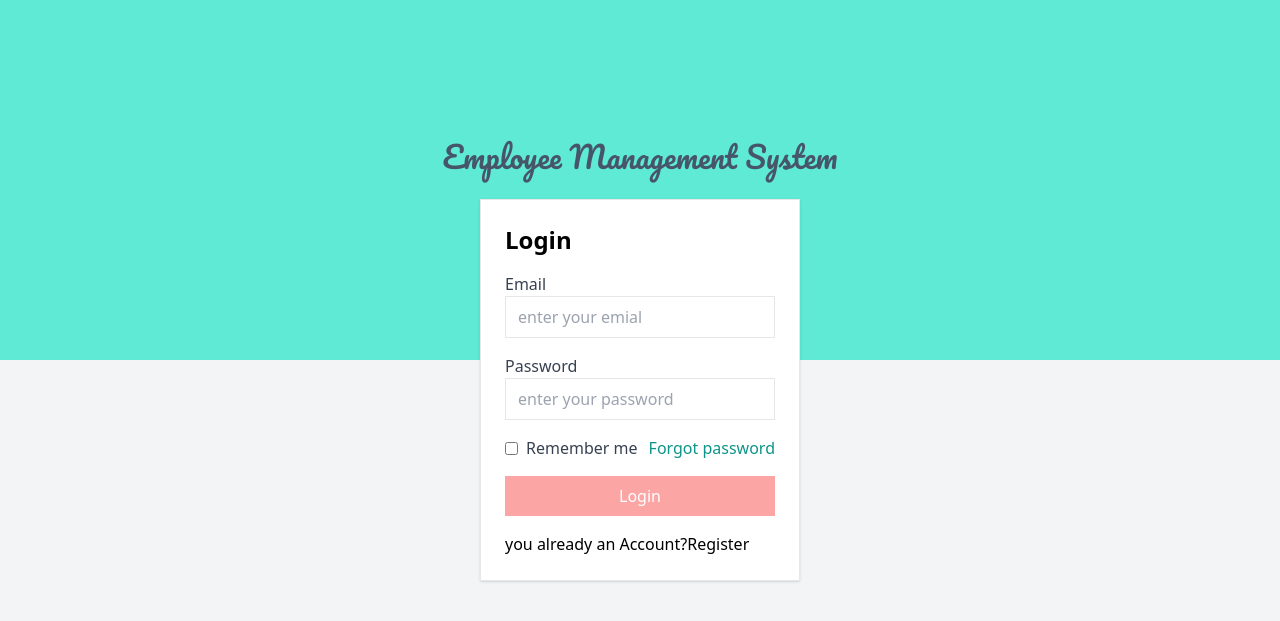
Repository: mohanmania/employeesystem
Page: / (app in fullstack/)
An editor plug-in stored every save of this project. The page is shown before and after the next save, followed by the edit.
The browser window is 1280 px wide. The pictures show the whole page.
Some web fonts or font styles are not loaded; a fallback is used. The project was rebuilt for these pictures with package versions that can differ from the ones it lists, and the page was loaded fresh each time. Also part of the build but not shown: fullstack/vite.config.js, fullstack/src/components/dashboard/AdminSidebar.jsx, fullstack/src/components/dashboard/Navbar.jsx, fullstack/src/components/dashboard/SummaryCard.jsx, fullstack/src/components/dashboard/AdminSummary.jsx, fullstack/src/pages/AdminDashboard.jsx, fullstack/src/pages/EmployeeDashboard.jsx, fullstack/src/utils/RoleBaseRoutes.jsx and 8 more.

Above is the page before, as saved 2025-02-25 23:19:23.

After the next save:
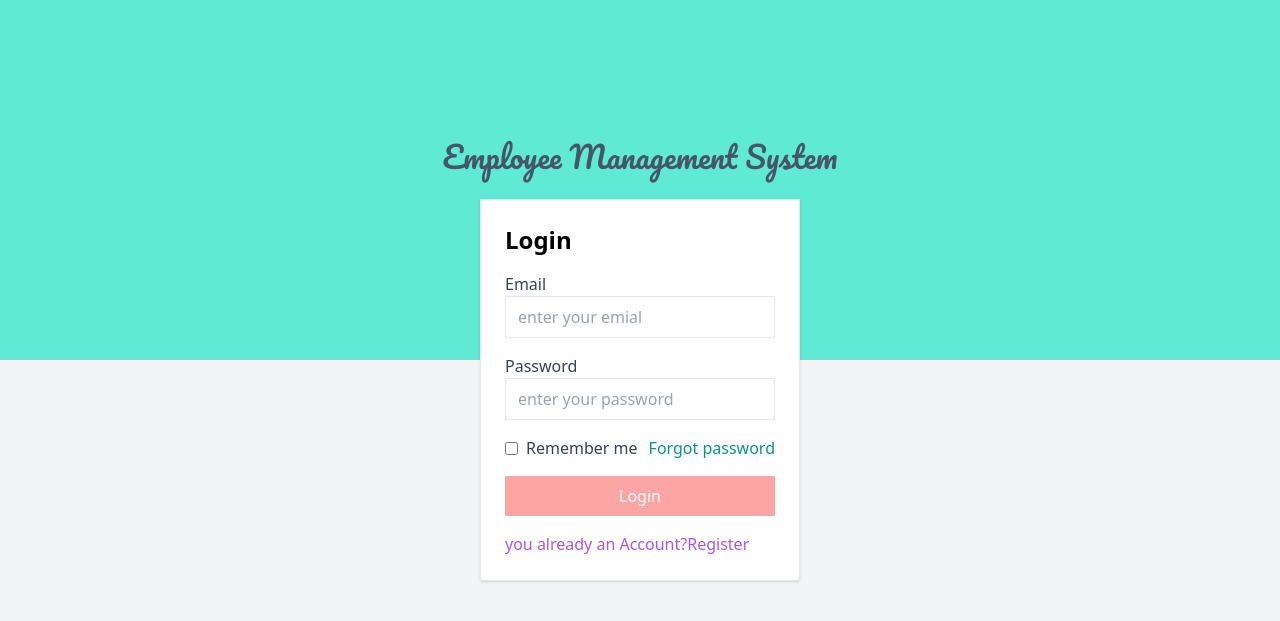
Saved 6 s later.
--- a/fullstack/src/pages/Login.jsx
+++ b/fullstack/src/pages/Login.jsx
@@ -85,7 +85,7 @@ function Login() {
               Login
             </button>
           </div>
-          <p  className="text-u">you already an Account?<Link to="/register">Register</Link></p>
+          <p  className="text-purple-500">you already an Account?<Link to="/register">Register</Link></p>
         </form>
       </div>
     </div>
